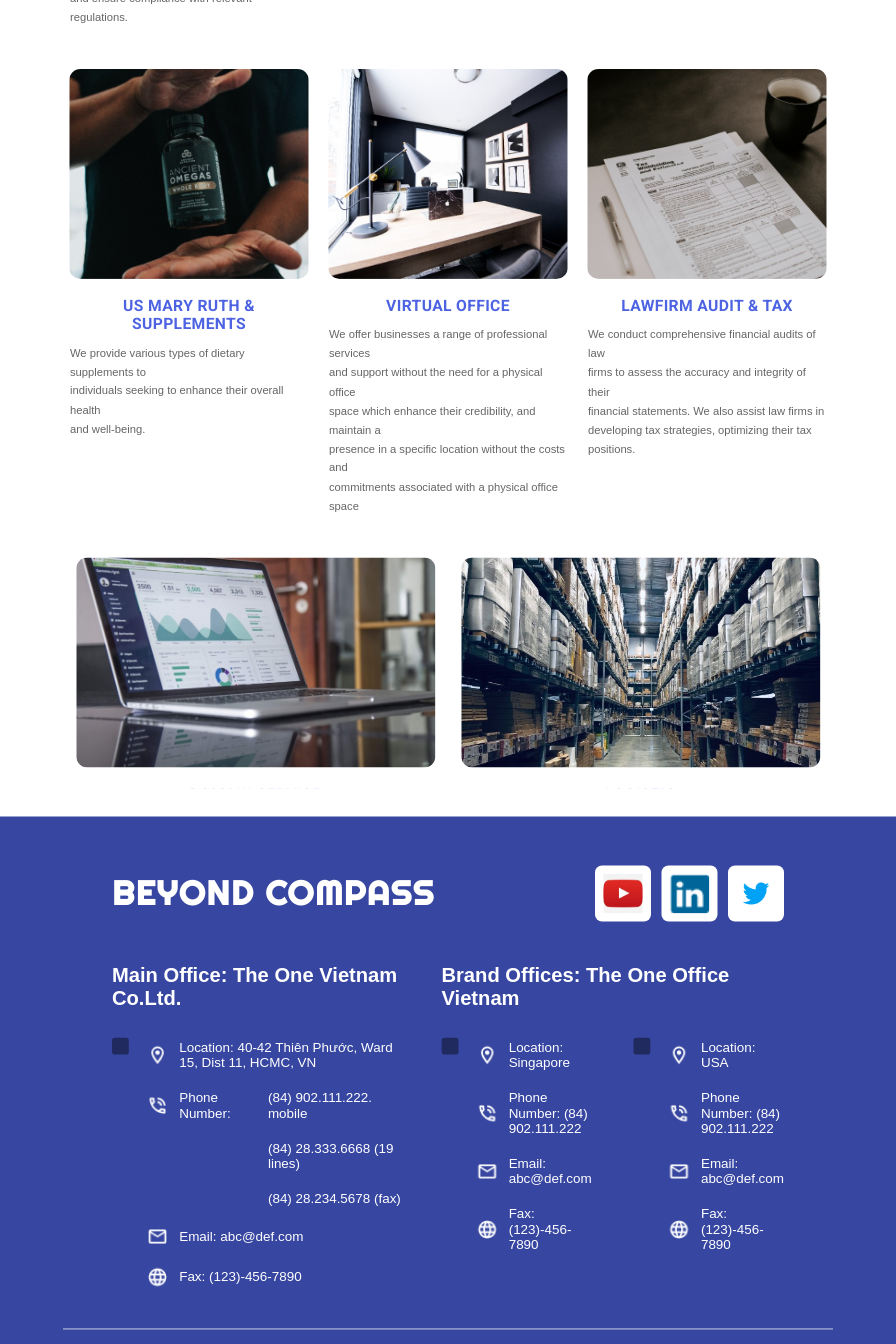
Repository: trunghau06/baitapRn
Page: pages/product.html
These files come from the project's save history. The page is drawn as it stood at one moment and after a run of saves; the edit follows.
The browser window is 1280 px wide. The pictures show the part of the page from y = 1159 to 3079 px (the page is 3576 px tall), at 70% of full size.

Above is the page before, as saved 2025-10-09 22:29:22.

### pages/product.html
<!DOCTYPE html>
<html lang="en">
<head>
    <meta charset="UTF-8">
    <meta name="viewport" content="width=device-width, initial-scale=1.0">
    <title>Our products</title>
    <link rel="stylesheet" href="../style/product.css?v=1">
    <link rel="stylesheet" href="https://cdnjs.cloudflare.com/ajax/libs/font-awesome/6.5.1/css/all.min.css">
    <link href="https://fonts.googleapis.com/css2?family=Roboto:wght@400;700&display=swap" rel="stylesheet">
</head>
<body>
    <!-- Thanh Header -->
    <header>
        <div class="header-Page">
            <!-- Logo -->
            <div class="logo">BEYOND COMPASS</div>

            <!-- Navigation Menu -->
            <nav>
                <ul>
                    <li><a href="../index.html"                 >HOME        </a></li>
                    <li><a href="about.html"                 >ABOUT US    </a></li>
                    <li><a href="product.html" class="active">OUR PRODUCTS</a></li>
                    <li><a href="news.html"                  >NEWS        </a></li>
                    <li><a href="team.html"                  >OUR TEAM    </a></li>
                    <li><a href="contact.html"               >CONTACT     </a></li>
                    <li><a href="blogs.html"                 >BLOGS       </a></li>
                </ul>
            </nav>
        </div>
    </header>

    <div class="header-banner"></div>

    <!-- Gioi Thieu -->
    <div class="introduce-Page">
        <svg class="hexagon-small-double" viewBox="0 0 100 115" xmlns="http://www.w3.org/2000/svg">
            <polygon points="50 10, 85 30, 85 70, 50 90, 15 70, 15 30"
                    fill="#C8CFF6"
                    stroke="none"/>
            <polygon points="50 -2, 97 20, 97 80, 50 102, 3 80, 3 20"
                    fill="none"
                    stroke="#C8CFF6"
                    stroke-width="10"/>
        </svg>

        <div class="hexagon hexagon-large"></div>

         <svg class="hexagon-outline" viewBox="0 0 100 115" xmlns="http://www.w3.org/2000/svg">
            <polygon points="50 0, 93 25, 93 75, 50 100, 7 75, 7 25"
                    fill="none"
                    stroke="#C8CFF6"
                    stroke-width="2"
                    stroke-dasharray="5, 5"/>
        </svg>

        <svg class="pentagon-outline" viewBox="0 0 100 100" xmlns="http://www.w3.org/2000/svg">
            <defs>
                <linearGradient id="strokeHalfColor" x1="0%" y1="0%" x2="100%" y2="0%">
                    <stop offset="50%" style="stop-color:#FFFFFF;stop-opacity:1" />
                    <stop offset="50%" style="stop-color:#C8CFF6;stop-opacity:1" />
                </linearGradient>
            </defs>
            <polygon points="50 5, 95 40, 80 90, 20 90, 5 40"
                    fill="none"
                    stroke="url(#strokeHalfColor)"
                    stroke-width="3"
                    transform="rotate(30 50 50)"/>
        </svg>

        <svg class="pentagon-filled" viewBox="0 0 100 100" xmlns="http://www.w3.org/2000/svg">
            <polygon points="50 5, 95 40, 80 90, 20 90, 5 40"
                    fill="#C8CFF6"
                    stroke="#C8CFF6"
                    stroke-width="3"/>
        </svg>

        <h1>Our products</h1>

        <h3>Unleash the Power of Innovation!</h3>

        <p>We are proud to offer a diverse range of cutting-edge products designed to revolutionize your world.</p>
    </div>

    <div class="box-section">
        <!-- box 1 -->
        <div class="box">
            <img src="../Images/image_box_1.jpg" alt="">

            <div class="content-box">
                <h3>COMPANY FORMATION</h3>

                <p>
                    We aim to simplify and streamline the complex legal<br>
                    and administrative procedures involved in company<br>
                    formation, helping clients navigate the requirements<br>
                    and ensure compliance with relevant regulations.</p>
            </div>
        </div>

        <!-- box 2 -->
        <div class="box">
            <img src="../Images/image_box_2.jpg" alt="">

            <div class="content-box">
                <h3>GLOBAL IMMIGRATION & VISAS</h3>

                <p>
                    We assist people who want to travel, work, study, or<br>
                    live in another country by offering comprehensive<br>
                    assistance throughout the immigration and visa<br>
                    application process.</p>
            </div>
        </div>

        <!-- box 3 -->
        <div class="box">
            <img src="../Images/image_box_3.jpg" alt="">

            <div class="content-box">
                <h3>TRAVEL AND TICKETS</h3>

                <p>
                    We provide personalized consultations to assess<br>
                    clients' immigration goals, evaluate eligibility for <br>
                    various immigration programs, and develop a<br>
                    strategic immigration plan.</p>
            </div>
        </div>

        <!-- box 4 -->
        <div class="box">
            <img src="../Images/image_box_4.jpg" alt="">

            <div class="content-box">
                <h3>US MARY RUTH & SUPPLEMENTS</h3>

                <p>
                    We provide various types of dietary supplements to<br>
                    individuals seeking to enhance their overall health<br>
                    and well-being.
            </div>
        </div>

        <!-- box 5 -->
        <div class="box">
            <img src="../Images/image_box_5.jpg" alt="">

            <div class="content-box">
                <h3>VIRTUAL OFFICE</h3>

                <p>
                    We offer businesses a range of professional services<br>
                    and support without the need for a physical office<br>
                    space which enhance their credibility, and maintain a<br>
                    presence in a specific location without the costs and<br>
                    commitments associated with a physical office<br>
                    space
                </p>
            </div>
        </div>

        <!-- box 6 -->
        <div class="box">
            <img src="../Images/image_box_6.jpg" alt="">

            <div class="content-box">
                <h3>LAWFIRM AUDIT & TAX</h3>

                <p>
                    We conduct comprehensive financial audits of law <br>
                    firms to assess the accuracy and integrity of their<br>
                    financial statements. We also assist law firms in <br>
                    developing tax strategies, optimizing their tax<br>
                    positions.
                </p>
            </div>
        </div>

        <!-- box 7 -->
        <div class="box">
            <img src="../Images/image_box_7.jpg" alt="">

            <div class="content-box">
                <h3>DOMAIN SERVICE</h3>

                <p>
                    We help users search for and register available domain names based on their<br>
                    preferences and the availability of the desired domain extension.
                </p>
            </div>
        </div>

        <!-- box 8 -->
        <div class="box">
            <img src="../Images/image_box_8.jpg" alt="">

            <div class="content-box">
                <h3>LOGISTIC</h3>

                <p>
                    We offer the management and coordination of various activities related to the <br>
                    movement, storage, and handling of goods and resources throughout the supply <br>
                    chain.
                </p>
            </div>
        </div>
    </div>

    <!-- Footer -->
    <div class="footer">
        <!-- Header -->
        <div class="header-Footer">
            <h2>BEYOND COMPASS</h2>
            <div class="social-icons">
                <button><img src="../Images/youtube.png" alt="YouTube"></button>
                <button><img src="../Images/logo_linkedin.png" alt="LinkedIn"></button>
                <button><img src="../Images/image.png" alt="Twitter"></button>
            </div>
        </div>

        <!-- Offices -->
        <div class="offices">
            <!-- Main Office -->
            <div class="office">
                <h3>Main Office: The One Vietnam Co.Ltd.</h3>
                <div class="office-info">
                    <span class="square"></span>

                    <div class="content-info">
                        <p><img src="../Images/ic_map.png" alt="">Location: 40-42 Thiên Phước, Ward 15, Dist 11, HCMC, VN</p>

                        <div class="phone-group">
                            <p><img src="../Images/ic_phone.png" alt="">Phone Number: </p>

                            <div class="phone">
                                <p>(84) 902.111.222. mobile</p>
                                <p>(84) 28.333.6668 (19 lines)</p>
                                <p>(84) 28.234.5678 (fax)</p>
                            </div>
                        </div>

                        <p><img src="../Images/ic_email.png" alt="">Email: abc@def.com</p>
                        <p><img src="../Images/ic_global.png" alt="">Fax: (123)-456-7890</p>
                    </div>
                </div>
            </div>

            <!-- Brand Offices -->
            <div class="office">
                <h3>Brand Offices: The One Office Vietnam</h3>
                <div class="brand-offices">
                    <div class="office-info">
                        <span class="square"></span>

                        <div class="content-info">
                            <p><img src="../Images/ic_map.png" alt="Location">Location: Singapore</p>
                            <p><img src="../Images/ic_phone.png" alt="Phone">Phone Number: (84) 902.111.222</p>
                            <p><img src="../Images/ic_email.png" alt="Email">Email: abc@def.com</p>
                            <p><img src="../Images/ic_global.png" alt="Fax">Fax: (123)-456-7890</p>
                        </div>
                    </div>

                    <div class="office-info">
                        <span class="square"></span>

                        <div class="content-info">
                            <p><img src="../Images/ic_map.png" alt="">Location: USA</p>
                            <p></span><img src="../Images/ic_phone.png" alt="">Phone Number: (84) 902.111.222</p>
                            <p></span><img src="../Images/ic_email.png" alt="">Email: abc@def.com</p>
                            <p></span><img src="../Images/ic_global.png" alt="">Fax: (123)-456-7890</p>
                        </div>
                    </div>
                </div>
            </div>
        </div>

        <div class="line"></div>

        <div class="footer-links">
            <div class="link-column">
            <h4>OUR PRODUCTS</h4>
            <ul>
                <li><i class="fas fa-chevron-right"></i> Company Formation</li>
                <li><i class="fas fa-chevron-right"></i> Globalization & Visas</li>
                <li><i class="fas fa-chevron-right"></i> Travel & Ticket</li>
                <li><i class="fas fa-chevron-right"></i> Logistic</li>
                <li><i class="fas fa-chevron-right"></i> Virtual Office</li>
            </ul>
            </div>

            <div class="link-column">
            <h4>COMPANY</h4>
            <ul>
                <li><i class="fas fa-chevron-right"></i> About Us</li>
                <li><i class="fas fa-chevron-right"></i> Terms of Service</li>
                <li><i class="fas fa-chevron-right"></i> Privacy Policy</li>
                <li><i class="fas fa-chevron-right"></i> Support</li>
            </ul>
            </div>
        </div>

        <footer class="footer-bottom">
            <p>Copyright © 2023 by THEONEVIETNAM.COM. All rights reserved. Designed by Tuyet Nhi.</p>
        </footer>
    </div>
</body>
</html>

### style/product.css
@import url('https://fonts.googleapis.com/css2?family=Righteous&display=swap');

* {
    margin: 0;
    padding: 0;
    box-sizing: border-box;
}

body {
    font-family: Arial, sans-serif;
}

/* Header */
.header-Page {
    position: fixed;
    top: 0;
    left: 0;
    width: 100%;
    margin: 0 auto;
    padding: 0 60px;
    display: flex;
    justify-content: space-between;
    align-items: center;
    height: 100px;
    background-color: white;
    z-index: 1000;
}


/* Logo */
.logo {
    font-family: 'Righteous', Arial, sans-serif;
    color: #2A367C;
    font-size: 2em;
    font-weight: 400;
    padding-left: 60px;
}

/* Menu */
nav ul {
    list-style: none;
    display: flex;
    gap: 30px;
    padding-right: 60px;
}

nav ul li a {
    text-decoration: none;
    color: #666666;
    font-size: 1.2em;
    font-weight: 700;
    padding-bottom: 28px;
    font-family: 'Roboto', Arial, sans-serif;
    position: relative;
}

nav ul li a::after {
    content: '';
    position: absolute;
    bottom: 0;
    left: -10px;
    right: -10px;
    height: 4px;
}

nav ul li a:hover,
nav ul li a.active {
    color: #3746A0;
}

nav ul li a:hover::after,
nav ul li a.active::after {
    background-color: #3746A0;
}

/* Banner */
.header-banner {
    margin-top: 100px;
    width: 100%;
    height: 200px;
    background-image: url('../Images/anhHeader_3.png');
    background-size: cover;
    background-position: center;
}

.introduce-Page {
    position: relative;
    background: linear-gradient(to right, #EBEDEE, #FDFBFB);
    display: flex;
    flex-direction: column;
    justify-items: center;
    align-items: center;
    padding: 30px 20px;
    overflow: hidden;
}

.introduce-Page h1 {
    font-family: 'Roboto', Arial, sans-serif;
    color: #2A367C;
    font-size: 3.4em;
    font-weight: 700;
    margin-bottom: 20px;
    z-index: 2;
}

.introduce-Page h3 {
    font-family: 'Roboto', Arial, sans-serif;
    font-size: 2em;
    color: #666666;
    line-height: 1.4;
    margin-bottom: 20px;
    font-weight: bold;
}

.introduce-Page p {
    color: #666666;
    font-family: 'Roboto', Arial, sans-serif;
    line-height: 1.6;
    margin-bottom: 15px;
    font-size: 1.2em;
}

.hexagon {
    position: absolute;
    background-color: #C8CFF6;
    clip-path: polygon(
        50% 0%, 93% 25%, 93% 75%, 50% 100%, 7% 75%, 7% 25%
    );
    box-shadow:
        0 0 0 8px white,
        0 0 0 10px #8B9FD9;
}

/* Hình lục giác nhỏ với 2 lớp viền */
.hexagon-small-double {
    position: absolute;
    width: 90px;
    height: 140px;
    top: 72%;
    left: 20px;
    z-index: 2;
}

/* Hình lục giác lớn */
.hexagon-large {
    width: 80px;
    height: 80px;
    bottom: 10px;
    right: 5%;
}

/* Hình lục giác chỉ viền nét đứt */
.hexagon-outline {
    position: absolute;
    width: 280px;
    height: 280px;
    top: 15%;
    right: 80px;
    transform: translateY(-50%);
}

/* Hình ngũ giác 5 góc nghiêng phải */
.pentagon-outline {
    position: absolute;
    width: 80px;
    height: 80px;
    top: 25%;
    left: 40%;
    transform: translate(-50%, -50%);
    z-index: 1;
}

/* Hình ngũ giác có ruột màu xanh */
.pentagon-filled {
   position: absolute;
    width: 80px;
    height: 80px;
    top: 25%;
    left: 38%;
    transform: translate(-50%, -50%);
    z-index: 0;
}

/* Cac box */
.box-section {
    display: flex;
    flex-wrap: wrap;
    gap: 10px;
    width: 100%;
    padding: 40px 40px;
    justify-content: center;
    align-items: stretch;
}

.box {
    width: 30%;
    border-radius: 15px;
    overflow: hidden;
    display: flex;
    flex-direction: column;
    justify-items: center;
    align-items: center;
    padding: 20px 0;
}

.box img {
    width: 95%;
    height: 300px;
    object-fit: cover;
    border-radius: 16px;
}

.box-section .box:last-child,
.box-section .box:nth-last-child(2) {
    height: 350px;
}

.content-box {
    padding: 10px;
    text-align: center;
    flex-grow: 1;
}

.content-box h3 {
    font-family: 'Roboto', Arial, sans-serif;
    color: #4D63E2;
    font-size: 1.4em;
    font-weight: 700;
    margin: 15px 0 15px 0;
    letter-spacing: 0.5px;
}

.content-box p {
    color: #666666;
    font-size: 1em;
    line-height: 1.7;
    text-align: left;
}

.box:nth-child(7),
.box:nth-child(8) {
    width: 45%;
}

/* Footer */
.footer {
  display: flex;
  flex-direction: column;
  background-color: #3746A0;
}

.header-Footer {
    display: flex;
    justify-content: space-between;
    align-items: center;
    padding: 20px 160px;
    margin-top: 50px;
}

.header-Footer h2 {
    font-size: 3em;
    font-weight: bold;
    letter-spacing: 2px;
    font-family: 'Righteous', Arial, sans-serif;
    color: #FFFFFF;
}

.social-icons {
    display: flex;
    gap: 15px;
}

.social-icons button {
    background: #FFFFFF;
    border: none;
    cursor: pointer;
    width: 80px;
    height: 80px;
    border-radius: 10px;
    display: flex;
    align-items: center;
    justify-content: center;
}

.social-icons button img {
    width: 70%;
    height: 70%;
    object-fit: contain;
}

.offices {
    padding: 10px 160px;
    display: grid;
    grid-template-columns: 1fr 1fr;
    gap: 40px;
    margin-top: 30px;
}

.brand-offices {
    display: grid;
    grid-template-columns: 1fr 1fr;
    gap: 60px;
}

.office h3 {
    margin-bottom: 15px;
    font-size: 1.8em;
    color: #FFFFFF;
}

.office-info {
    position: relative;
    margin-bottom: 20px;
    display: flex;
    align-items: flex-start;
}

.office-info .square {
    position: absolute;
    left: 0;
    top: 25px;
    width: 24px;
    height: 24px;
    background: #202A5F;
    border-radius: 4px;
}

.content-info {
    padding-left: 50px;
}

.content-info p {
    margin: 28px 0;
    display: flex;
    align-items: center;
    font-size: 1.2em;
    color: #FFFFFF;
}

.phone-group {
    display: flex;
    justify-content: left;
    align-items: flex-start;
    gap: 10px;
}

.phone-group p {
    margin: 0;
    font-size: 1.2em;
    margin-bottom: 28px;
    color: #FFFFFF;
}

.phone-group .phone p:nth-of-type(3) {
    margin-bottom: 0;
}

.phone {
    display: flex;
    flex-direction: column;
    text-align: left;
}

.content-info img {
    width: 30px;
    height: 30px;
    margin-right: 16px;
    vertical-align: middle;
    filter: brightness(0) invert(1);
}

.line {
    width: 86%;
    height: 2px;
    background: rgba(255,255,255,0.5);
    margin: 0 auto 40px auto;
}

.footer-links {
  display: flex;
  justify-content: left;
  gap: 200px;
  padding: 20px 160px;
  margin-bottom: 50px;
}

.link-column h4 {
  margin-bottom: 15px;
  font-size: 1.8em;
  font-weight: bold;
  color: #FFFFFF;
  text-transform: uppercase;
}

.link-column ul {
  list-style: none;
  padding: 0 10px;
}

.link-column ul li {
  margin: 28px 0;
  font-size: 1.2em;
  display: flex;
  align-items: center;
  color: #FFFFFF;
}

.link-column ul li i {
  margin-right: 24px;
  font-size: 1em;
  color: #FFFFFF;
}

.footer-bottom {
  margin-top: auto;
  background: #fff;
  text-align: center;
  padding: 30px 0;
  font-size: 14px;
  color: #555;
  border-top: 1px solid #ddd;
}

After the next 2 saves:
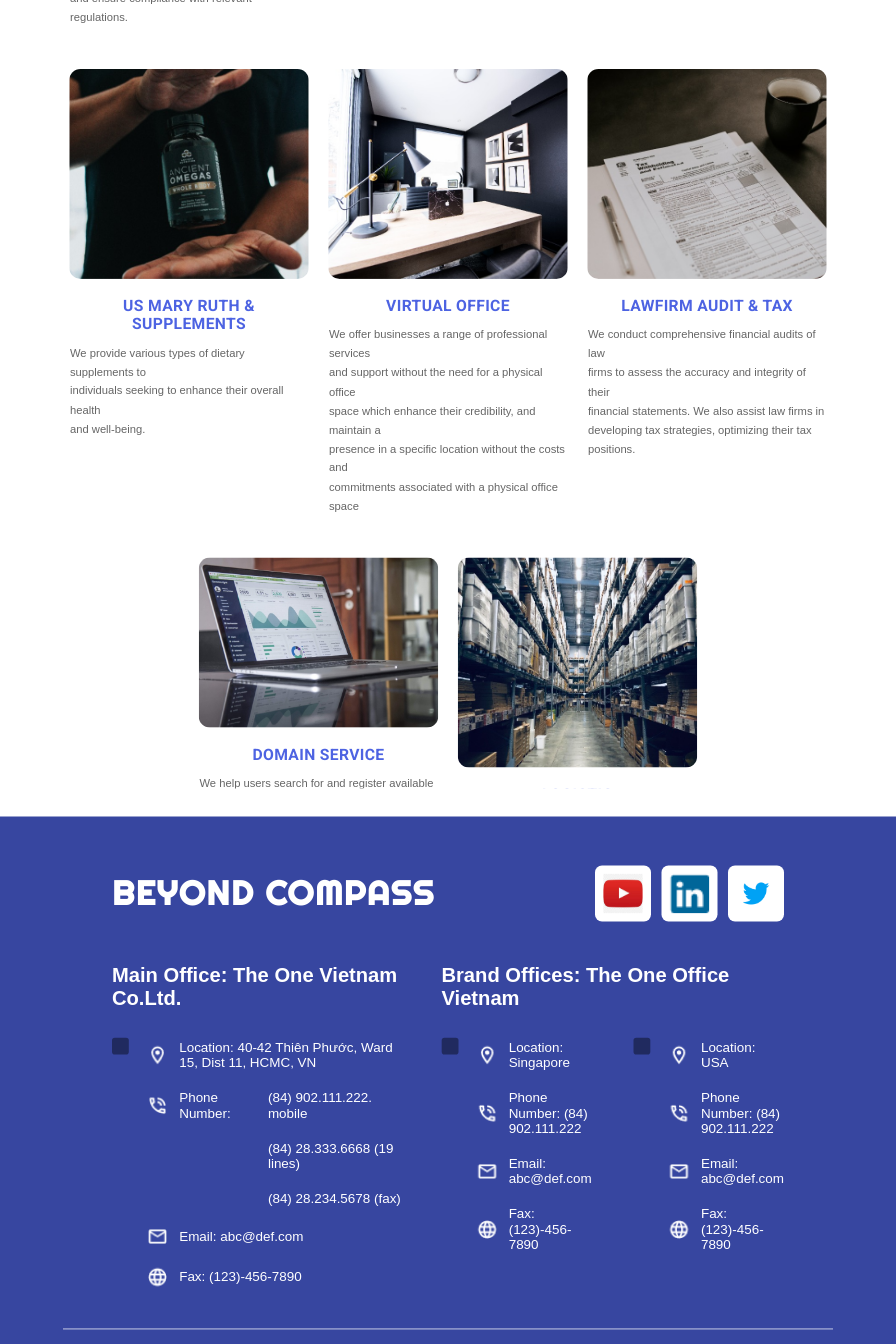
The 2 saves are shown as one change because they came seconds apart.
The last was saved 57 s later.
--- a/style/product.css
+++ b/style/product.css
@@ -237,10 +237,6 @@ nav ul li a.active::after {
     text-align: left;
 }
 
-.box:nth-child(7),
-.box:nth-child(8) {
-    width: 45%;
-}
 
 /* Footer */
 .footer {

After the 2 saves that followed:
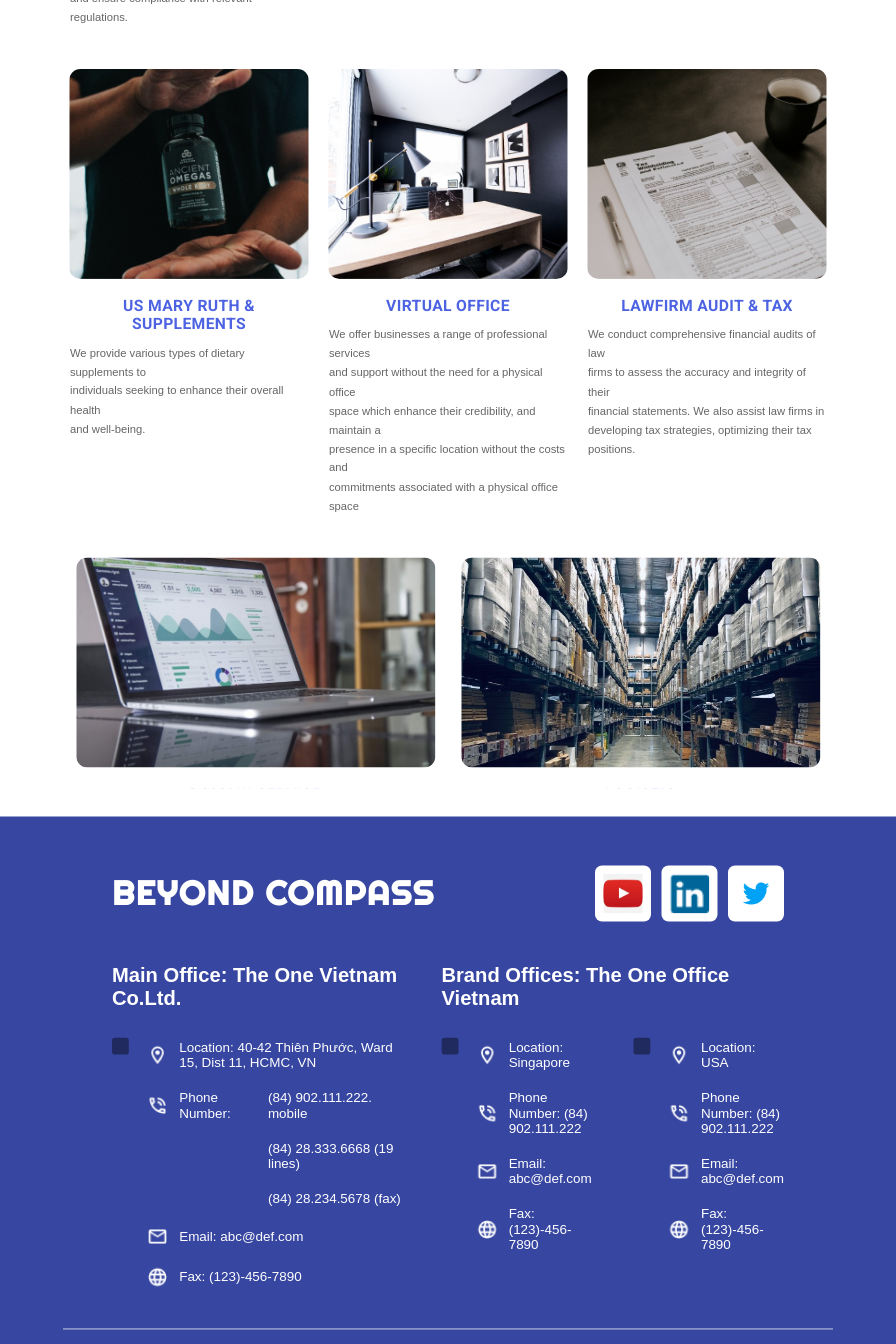
The 2 saves are shown as one change because they came seconds apart.
The last was saved 9 s later.
--- a/style/product.css
+++ b/style/product.css
@@ -237,6 +237,10 @@ nav ul li a.active::after {
     text-align: left;
 }
 
+.box:nth-child(7),
+.box:nth-child(8) {
+    width: 45%;
+}
 
 /* Footer */
 .footer {
